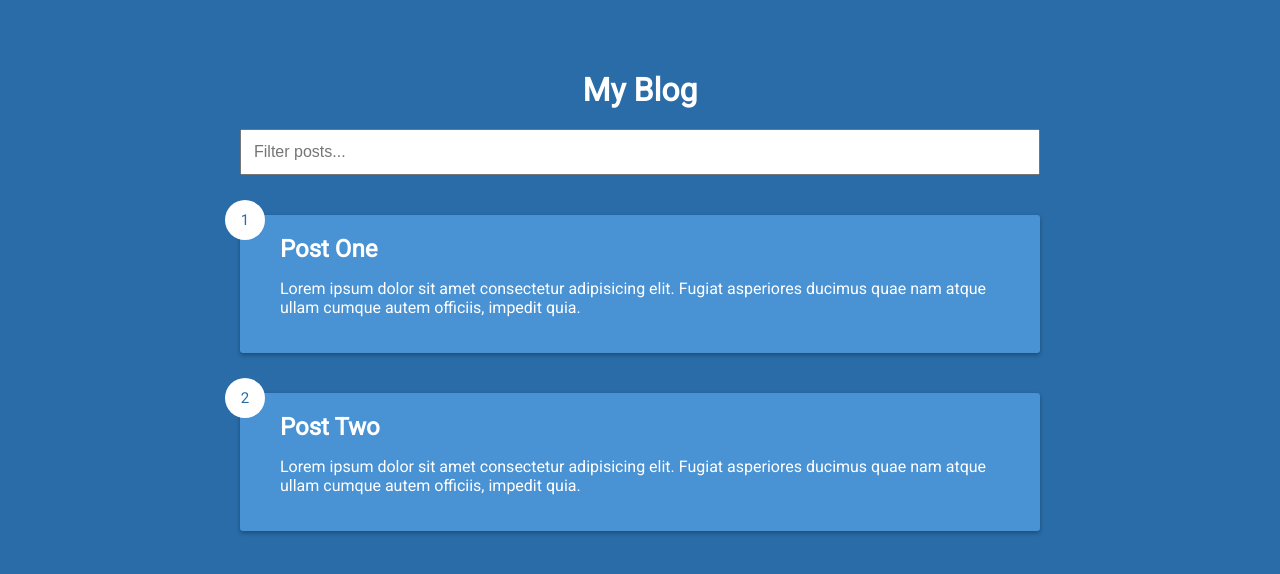
Repository: Youvelop/infiniteScroll
Page: index.html
An editor plug-in stored every save of this project. The page is shown before and after the next save, followed by the edit.
The browser window is 1280 px wide. The pictures show the whole page.

Above is the page before, as saved 2020-06-30 18:02:13.

After the next save:
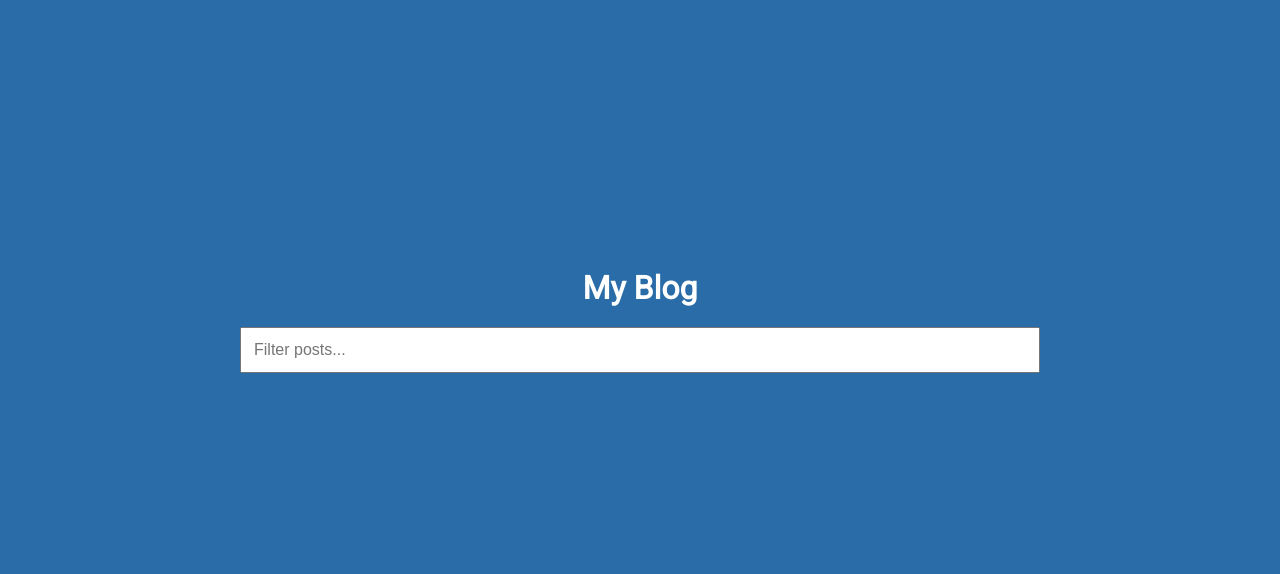
Saved 5 min 13 s later.
--- a/index.html
+++ b/index.html
@@ -18,30 +18,7 @@
       />
     </div>
 
-    <div id="post-container">
-      <div class="post">
-        <div class="number">1</div>
-        <div class="post-info">
-          <h2 class="post-title">Post One</h2>
-          <p>
-            Lorem ipsum dolor sit amet consectetur adipisicing elit. Fugiat
-            asperiores ducimus quae nam atque ullam cumque autem officiis,
-            impedit quia.
-          </p>
-        </div>
-      </div>
-      <div class="post">
-        <div class="number">2</div>
-        <div class="post-info">
-          <h2 class="post-title">Post Two</h2>
-          <p>
-            Lorem ipsum dolor sit amet consectetur adipisicing elit. Fugiat
-            asperiores ducimus quae nam atque ullam cumque autem officiis,
-            impedit quia.
-          </p>
-        </div>
-      </div>
-    </div>
+    <div id="post-container"></div>
 
     <div class="loader">
       <div class="circle"></div>
